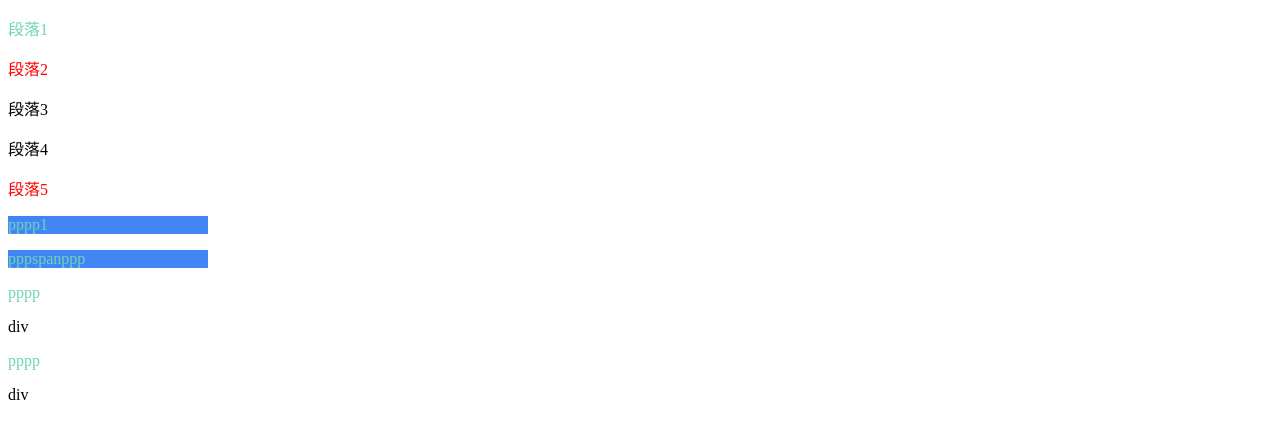
Repository: LstHeart/html-learning
Page: css3/CSS3选择器.html
These files come from the project's save history. The page is drawn as it stood at one moment and after the next save; the edit follows.
The browser window is 1280 px wide. The pictures show the whole page.

Above is the page before, as saved 2021-01-07 23:05:44.

### css3/CSS3选择器.html
<!DOCTYPE html>
<html lang="en">
  <head>
    <meta charset="UTF-8" />
    <meta name="viewport" content="width=device-width, initial-scale=1.0" />
    <title>CSS3选择器</title>
    <link rel="stylesheet" href="CSS3选择器.css" />
  </head>
  <body>
    <div class="container">
      <p class="content p1">段落1</p>
      <p class="p2 content">段落2</p>
      <p class="content">段落3</p>
      <p class="content">段落4</p>
      <p class="content p5">段落5</p>
      <div><p>pppp1</p></div>
      <div><p>ppp<span>span</span>ppp</p></div>
      <!-- <div><p>ppp<p>span</p>ppp</p></div> -->
      <div><p>pppp</p><div>div</div></div>
      <div><p>pppp</p><p>div</p></div>
    </div>
  </body>
</html>

### css3/CSS3选择器.css
/* class属性值*/
/* p[class]{
    color: #ff0000;
} */

/* class属性值以content开头 */
/* p[class^=content]{
    color: #ff0000;
} */
/* class属性值以content结尾 */
/* p[class$=content]{
    color: #ff0000;
} */
/* class属性值中包含p */
p[class*="p"] {
  color: #ff0000;
}

/* 结构性伪类选择器 */
/* 1) :root 匹配html标签,与body选择器效果一样*/
/* :root {
  background-color: darkcyan;
} */
/* 2) 子元素选择
    :nth-child(n):第n个子元素
    */
p:first-child {
  /* color: #ffffff; */
  color: #6ed4b5;
}
/* 查找父元素中只有的一个标签为p标签,
不允许其他标签存在,但在p标签中可以有子标签 */
p:only-child{
    width: 200px;
    color: #6ed4b5;
    background-color: #4285f4;
}
/* 选择父元素中p标签是唯一的子元素,可以有其他标签存在 */
/* p:only-of-type{
  width: 200px;
  border: 1px solid #6ed4b5;
  background-color: #4285f4;
} */

After the next save:
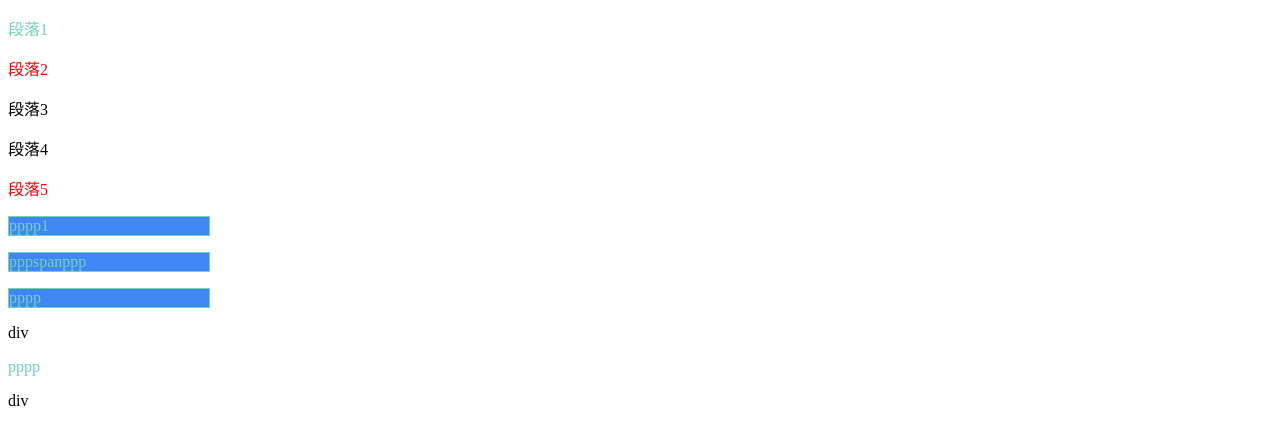
Saved 73 s later.
--- a/css3/CSS3选择器.css
+++ b/css3/CSS3选择器.css
@@ -28,16 +28,16 @@ p:first-child {
   /* color: #ffffff; */
   color: #6ed4b5;
 }
-/* 查找父元素中只有的一个标签为p标签,
+/* 查找父元素中只有一个p标签,
 不允许其他标签存在,但在p标签中可以有子标签 */
-p:only-child{
+/* p:only-child{
     width: 200px;
     color: #6ed4b5;
     background-color: #4285f4;
-}
+} */
 /* 选择父元素中p标签是唯一的子元素,可以有其他标签存在 */
-/* p:only-of-type{
+p:only-of-type{
   width: 200px;
   border: 1px solid #6ed4b5;
   background-color: #4285f4;
-} */
+}
